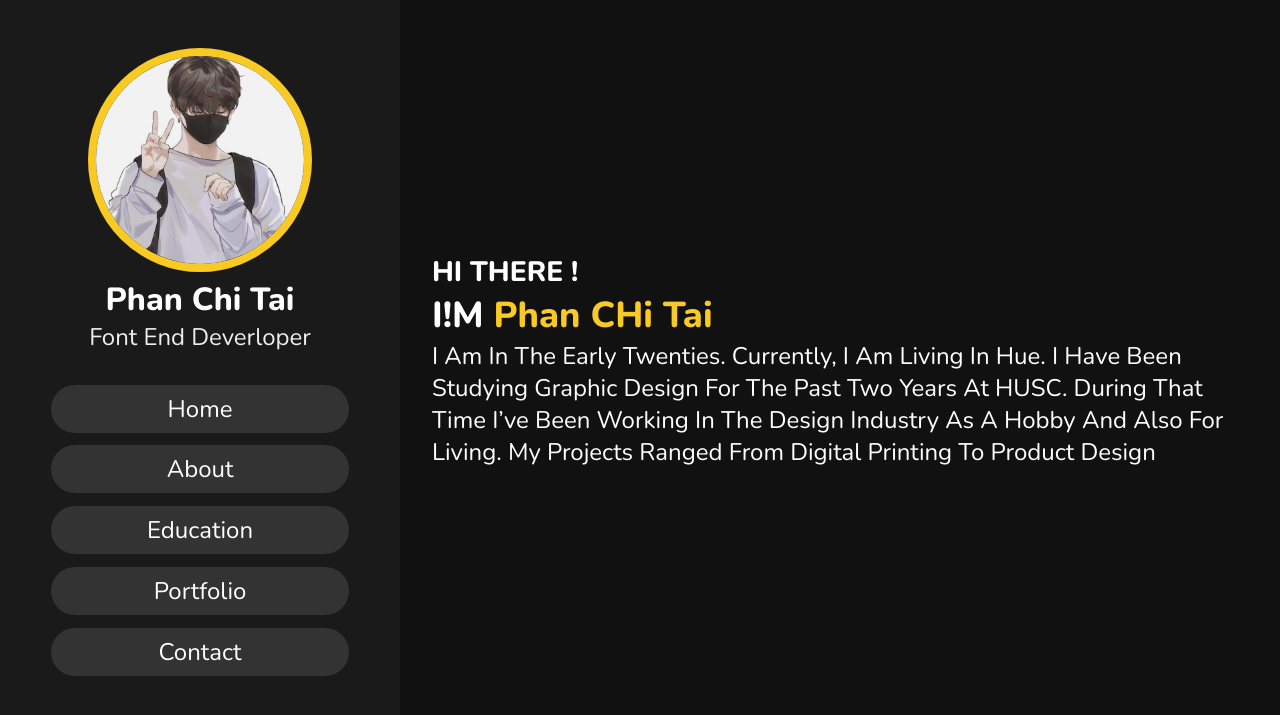
Repository: PCTai/My-profile
Page: index.html
The author's editor kept a copy of each file at every save. The page is drawn from the files as they stood at one save, then again after the next save.
The browser window is 1280 px wide. The pictures show the whole page.

Above is the page before, as saved 2021-11-25 20:14:08.

### index.html
<!DOCTYPE html>
<html lang="en">
<head>
    <meta charset="UTF-8">
    <meta http-equiv="X-UA-Compatible" content="IE=edge">
    <meta name="viewport" content="width=device-width, initial-scale=1.0">
    <link rel="preconnect" href="https://fonts.googleapis.com">
    <link rel="preconnect" href="https://fonts.gstatic.com" crossorigin>
    <link href="https://fonts.googleapis.com/css2?family=Nunito:ital,wght@0,400;0,600;0,800;1,200;1,300&display=swap" rel="stylesheet">
    <link rel="stylesheet" href="/assets/font/fontawesome-free-5.15.3-web/css/all.css">

    <link rel="stylesheet" href="/assets/css/style.css">
    <link rel="stylesheet" href="/assets/css/reponsive.css">
    <title>Document</title>
</head>
<body>
    <!-- Header start -->
    <header>
        <div class="user">
            <img src="/assets/imgs/user.jpg" alt="">
            <h3 class="name">Phan Chi Tai</h3>
            <div class="post">Font End Deverloper</div>
        </div>
        <div class="navbar">
            <ul>
                <li><a href="#home">home</a></li>
                <li><a href="#about">About</a></li>
                <li><a href="#education">Education</a></li>
                <li><a href="#portfolio">Portfolio</a></li>
                <li><a href="#contact">Contact</a></li>
            </ul>
        </div>
    </header>
    <!-- Header end -->
    <div id="menu"class="fas fa-bars">
    </div>
    <!-- start home -->
    <section>
        <div id="home" class="home">
            <h3>HI THERE !</h3>
            <h1>I!M <span>Phan CHi Tai</span></h1>
            <p>I am in the early twenties. Currently, I am living in Hue. I have been studying graphic design for the past two years at  HUSC. During that time I’ve been working in the design industry as a hobby and also for living. My projects ranged from digital printing to product design</p>
        </div>
    </section>
    <!-- end home -->
    <!-- start education -->
    <script src="/app.js"></script>
</body>
</html>

### assets/css/style.css
:root{
    --yellow: #f9ca24;
}
*{
    font-family: 'Nunito', sans-serif;
    margin: 0;padding: 0;
    box-sizing: border-box;
    text-decoration: none;
    outline: none;border: none;
    text-transform: capitalize;
    transition: all .2s linear;
}
html{
    font-size: 62,5%;
    overflow: hidden;
}
::selection{
    background-color: var(--yellow);
    color: #333;

}
html::-webkit-scrollbar{
    width: 1.4rem;
}
html::-webkit-scrollbar-track{
    background: #222;
}
html::-webkit-scrollbar-thumb{
    background: var(--yellow);
}
body{
    padding-left: 25rem;
    background: #111;
}
header{
    position: fixed;
    top: 0;
    left: 0;
    z-index: 1000;
    height: 100%;
    display: flex;
    flex-direction: column;
    justify-content: center;
    align-items: center;
    width: 25rem;
    background-color: #1a1a1a;
}

.user img{
    margin-top: 2rem;
    height: 14rem;
    width: 14rem;
    border-radius: 50%;
    object-fit: cover;
    border: 0.5rem solid var(--yellow);

}
header .user .name{
    text-align: center;
    font-size: 2rem;
    color: #fff;
}
header .user .post{
    text-align: center;
    font-size: 1.5rem;
    color: #eee;
}
header .navbar ul{
    margin-top: 1rem;
    list-style: none;
    padding: 1rem 3rem;
}
header .navbar ul li a:hover{
    background-color: var(--yellow);
}
header .navbar ul li a{
    display: block;
    padding: 0.5rem 6rem;
   margin-bottom: 0.8rem;
   background-color: #333;
   color: #fff;
   font-size: 1.5rem;
   border-radius: 5rem;
   text-align: center;
   cursor: pointer;
}
#menu:hover{
    color: var(--yellow);
}


#menu{
    position: fixed;
    z-index: 1000;
    top: 1rem;
    right: 1rem;
    color: #fff;
    padding: 1rem;
    background-color: #222;
    font-size: 2rem;
    cursor: pointer;
}
section{
    min-height: 100vh;
    padding: 1rem;
    display: flex;
}
.home{
    font-size: 1.5rem;
    color: #fff;
    padding: 0 1rem;
    margin: auto;
}
.home span{
    color: var(--yellow);
    margin-bottom: 2rem;

}

### assets/css/reponsive.css

@media (min-width:1024px){
    #menu{
        display: none;
    }
}
@media (max-width:1024px){
    header{
        left: -125%;
    }
    body{
        padding-left: 0;
    }

}
@media (max-width:486px){
    header{
        width: 100vw;
    }

}

### app.js

var menu=document.getElementById('menu');
var header=document.querySelector('header');
menu.onclick=function(e){
    if(this.className=='fas fa-bars'){
        this.classList.remove('fa-bars');
        this.classList.add('fa-times');
        header.style='left:0%';
    }
    else{
        this.classList.remove('fa-times');
        this.classList.add('fa-bars');
        header.style='left:-125%';
    }
};

Loaded but not shown: assets/font/fontawesome-free-5.15.3-web/css/all.css (library)

After the next save:
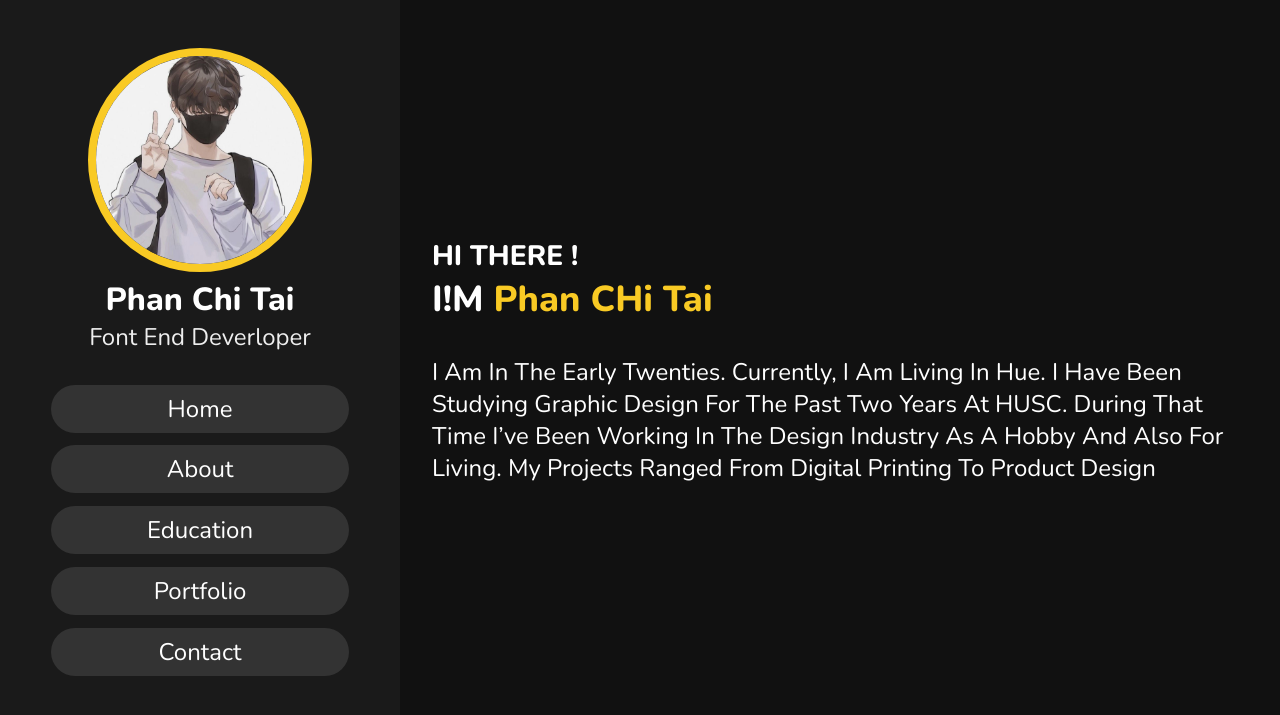
Saved 46 s later.
--- a/assets/css/style.css
+++ b/assets/css/style.css
@@ -116,3 +116,8 @@ section{
     margin-bottom: 2rem;
 
 }
+.home h1{
+
+    margin-bottom: 2rem;
+
+}
